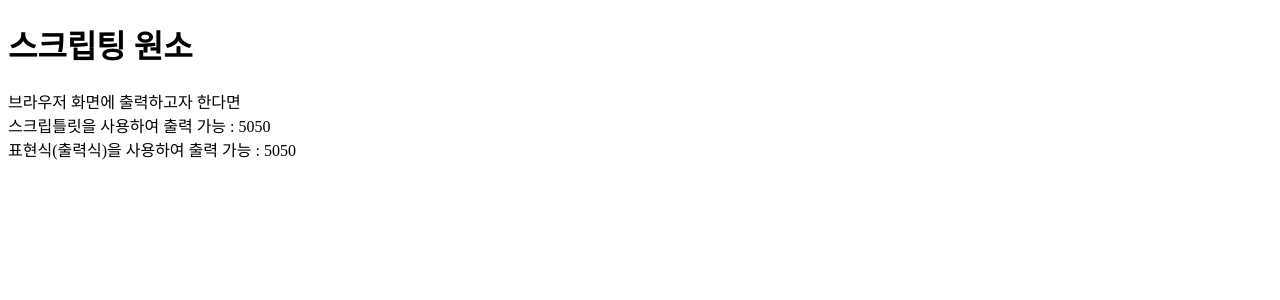
Repository: smjae96/Backup
Page: http://localhost/2_JSP/views/01_ScriptingElement.jsp
The author's editor kept a copy of each file at every save. The page is drawn from the files as they stood at one save, then again after the next save.
The browser window is 1280 px wide. The pictures show the whole page.
The page is served by Tomcat 9.

Above is the page before, as saved 2024-03-07 02:43:15.

### 5_Servlet/2_JSP/src/main/webapp/views/01_ScriptingElement.jsp
<%@ page language="java" contentType="text/html; charset=UTF-8"
    pageEncoding="UTF-8"%>
<!DOCTYPE html>
<html>
<head>
<meta charset="UTF-8">
<title>01 Scripting Element</title>
</head>
<body>
	<h1>스크립팅 원소</h1>
	<!-- HTML 주석 : 개발자도구 창에서 소스(Elements)에 표시됨. -->
	<%-- JSP 주석 : 개발자도구 창에서 소스에 표시되지 않음 --%>

	<%
		// 스크립틀릿 : 이 영역에서는 일반적인 자바 코드 작성 (변수 선언/초기화/제어문 등)
		// 1부터 100까지 더해서 콘솔창에 "계산 결과=xx" 출력
		int i= 0;
		for(int j=1; j<=100; j++) {
			i += j;
		}
		System.out.println("계산 결과= " +i);
	%>
	<p>
		브라우저 화면에 출력하고자 한다면 <br>
		스크립틀릿을 사용하여 출력 가능 : <% out.println(i); %><br>
		표현식(출력식)을 사용하여 출력 가능 : <%= i %>
	</p>

	<%
		// 문자열 배열에 좋아하는 음식 5가지 정도 초기화
		String[] foods = {"음식1", "음식2", "음식3", "음식4", "음식5"};
	%>
</body>
</html>

After the next save:
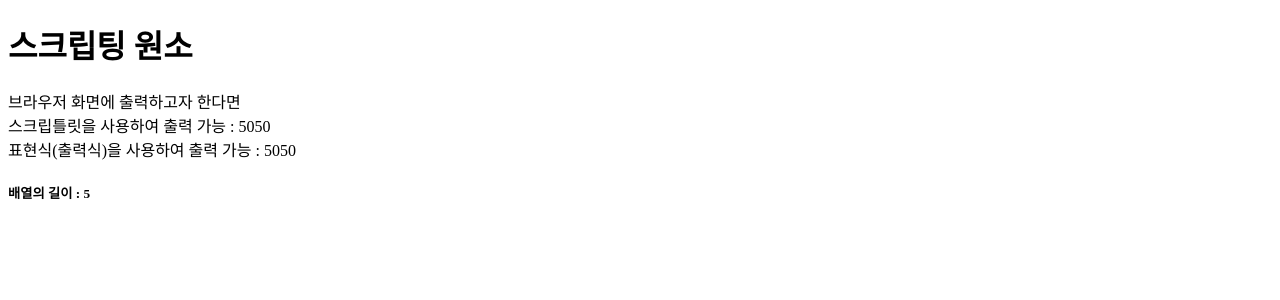
Saved 20 min 11 s later.
--- a/5_Servlet/2_JSP/src/main/webapp/views/01_ScriptingElement.jsp
+++ b/5_Servlet/2_JSP/src/main/webapp/views/01_ScriptingElement.jsp
@@ -30,5 +30,6 @@
 		// 문자열 배열에 좋아하는 음식 5가지 정도 초기화
 		String[] foods = {"음식1", "음식2", "음식3", "음식4", "음식5"};
 	%>
+	<h5>배열의 길이 : <%= foods.length %></h5>
 </body>
 </html>
